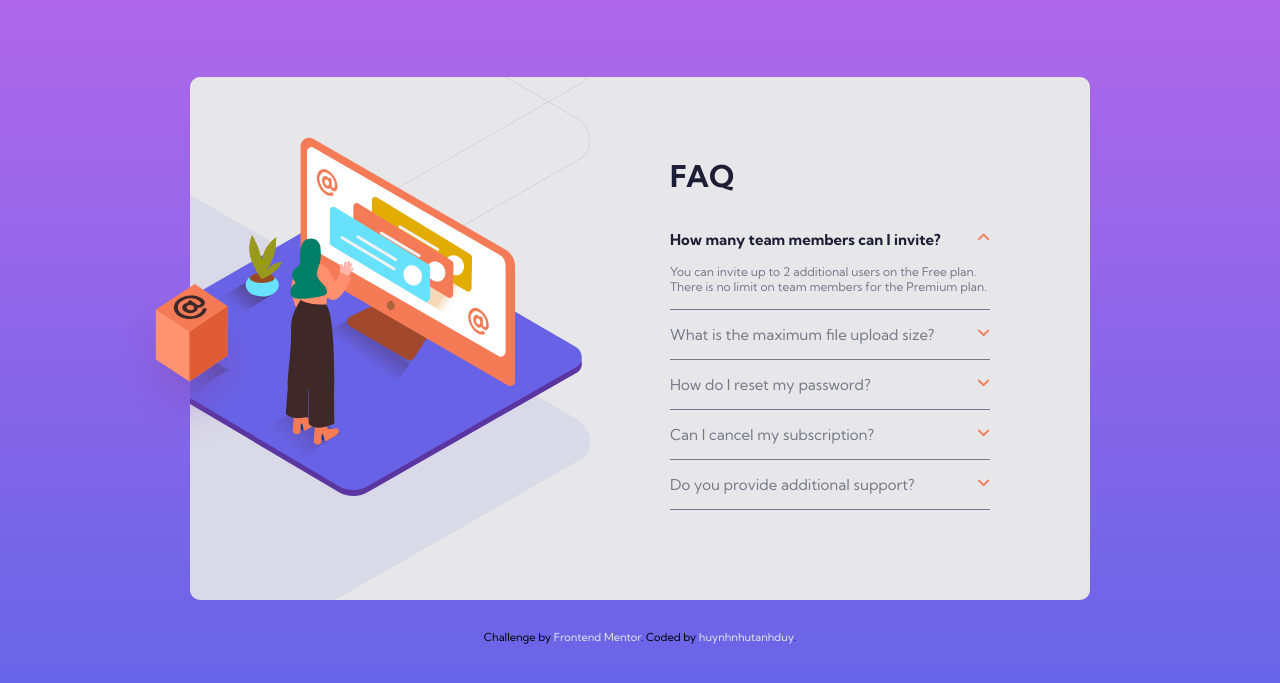
Repository: huynhnhutanhduy/faq-accordion-card
Page: index.html
The author's editor kept a copy of each file at every save. The page is drawn from the files as they stood at one save, then again after the next save.
The browser window is 1280 px wide. The pictures show the whole page.
After loading, the first visible `div.card-item__header` was clicked once.

Above is the page before, as saved 2022-10-21 23:34:11.

### index.html
<!DOCTYPE html>
<html lang="en">
  <head>
    <meta charset="UTF-8" />
    <meta name="viewport" content="width=device-width, initial-scale=1.0" />
    <!-- displays site properly based on user's device -->
    <link rel="icon" type="image/png" sizes="32x32" href="./images/favicon-32x32.png" />
    <title>Frontend Mentor | FAQ Accordion Card</title>
    <link rel="preconnect" href="https://fonts.googleapis.com" />
    <link rel="preconnect" href="https://fonts.gstatic.com" crossorigin />
    <link
      href="https://fonts.googleapis.com/css2?family=Kumbh+Sans:wght@400;700&display=swap"
      rel="stylesheet"
    />
    <link
      rel="stylesheet"
      href="https://cdnjs.cloudflare.com/ajax/libs/font-awesome/6.2.0/css/all.min.css"
      integrity="sha512-xh6O/CkQoPOWDdYTDqeRdPCVd1SpvCA9XXcUnZS2FmJNp1coAFzvtCN9BmamE+4aHK8yyUHUSCcJHgXloTyT2A=="
      crossorigin="anonymous"
      referrerpolicy="no-referrer"
    />
    <link rel="stylesheet" href="./app.css" />
  </head>
  <body>
    <main>
      <article class="card">
        <div class="card-left">
          <img src="./images/illustration-box-desktop.svg" alt="" class="card-image" />
          <!-- <img src="./images/bg-pattern-mobile.svg" alt="" class="card-image" /> -->
        </div>
        <div class="card-right">
          <h1 class="card-title">faq</h1>
          <div class="card-list">
            <div class="card-item">
              <div class="card-item__header">
                <span class="card-item__header-title"
                  >How many team members can I invite?
                </span>
                <i class="fa-solid fa-angle-down card-item__header-icon"></i>
              </div>
              <div class="card-item__content">
                <div class="card-item__content-inner">
                  You can invite up to 2 additional users on the Free plan. There is no limit
                  on team members for the Premium plan.
                </div>
              </div>
            </div>
            <div class="card-item">
              <div class="card-item__header">
                <span class="card-item__header-title"
                  >What is the maximum file upload size?
                </span>
                <i class="fa-solid fa-angle-down card-item__header-icon"></i>
              </div>
              <div class="card-item__content">
                <div class="card-item__content-inner">
                  No more than 2GB. All files in your account must fit your allotted storage
                  space.
                </div>
              </div>
            </div>
            <div class="card-item">
              <div class="card-item__header">
                <span class="card-item__header-title">How do I reset my password? </span>
                <i class="fa-solid fa-angle-down card-item__header-icon"></i>
              </div>
              <div class="card-item__content">
                <div class="card-item__content-inner">
                  Click “Forgot password” from the login page or “Change password” from your
                  profile page. A reset link will be emailed to you.
                </div>
              </div>
            </div>
            <div class="card-item">
              <div class="card-item__header">
                <span class="card-item__header-title">Can I cancel my subscription? </span>
                <i class="fa-solid fa-angle-down card-item__header-icon"></i>
              </div>
              <div class="card-item__content">
                <div class="card-item__content-inner">
                  Yes! Send us a message and we’ll process your request no questions asked.
                </div>
              </div>
            </div>
            <div class="card-item">
              <div class="card-item__header">
                <span class="card-item__header-title"
                  >Do you provide additional support?
                </span>
                <i class="fa-solid fa-angle-down card-item__header-icon"></i>
              </div>
              <div class="card-item__content">
                <div class="card-item__content-inner">
                  Chat and email support is available 24/7. Phone lines are open during normal
                  business hours.
                </div>
              </div>
            </div>
          </div>
        </div>
      </article>
    </main>
    <footer class="attribution">
      Challenge by
      <a href="https://www.frontendmentor.io?ref=challenge" target="_blank">Frontend Mentor</a
      >. Coded by <a href="https://github.com/huynhnhutanhduy">huynhnhutanhduy</a>.
    </footer>

    <script src="./app.js"></script>
  </body>
</html>

### app.css
:root {
  --very-dark-desaturated-blue: hsl(238, 29%, 16%);
  --soft-red: hsl(14, 88%, 65%);
  --soft-violet: hsl(273, 75%, 66%);
  --soft-blue: hsl(240, 73%, 65%);
  --very-dark-grayish-blue: hsl(237, 12%, 33%);
  --dark-grayish-blue: hsl(240, 6%, 50%);
  --light-grayish-blue: hsl(240, 5%, 91%);
}
* {
  margin: 0;
  padding: 0;
  border: 0;
}
*,
*::before,
*::after,
html {
  box-sizing: border-box;
}
html {
  font-size: 62.5%;
}
body {
  font-size: 1.2rem;
  font-weight: normal;
  font-family: "Kumbh Sans", sans-serif;
  background-image: linear-gradient(var(--soft-violet), var(--soft-blue));
  display: flex;
  justify-content: center;
  align-items: center;
  flex-direction: column;
  min-height: 100vh;
}
a {
  text-decoration: none;
}
img {
  display: block;
  max-width: 100%;
}

.attribution {
  font-size: 11px;
  text-align: center;
}
.attribution a {
  color: var(--light-grayish-blue);
}

.card {
  border-radius: 1rem;
  margin-bottom: 3rem;
  /* width: 90rem; */
  width: 100%;
  display: grid;
  grid-template-columns: 400px 1fr;
  grid-gap: 8rem;
  background-color: var(--light-grayish-blue);
}
.card-left {
  position: relative;
}
.card-left::before {
  content: "";
  display: block;
  position: absolute;
  height: 100%;
  width: 100%;
  background: url("./images/bg-pattern-desktop.svg") no-repeat;
  background-position: -565px -310px;
}
.card-image {
  position: absolute;
  width: 153px;
  height: 170px;
  top: 205px;
  left: -75px;
  z-index: 999;
}
.card-left::after {
  content: "";
  display: block;
  width: 100%;
  height: 100%;
  position: absolute;
  background: url("./images/illustration-woman-online-desktop.svg") no-repeat;
  background-position: -80px 60px;
}
.card-right {
  padding: 8rem 10rem 9rem 0;
}
.card-title {
  text-transform: uppercase;
  margin-bottom: 2rem;
  font-size: 3rem;
  color: var(--very-dark-desaturated-blue);
}
.card-item {
  padding-top: 1.5rem;
  border-bottom: 1px solid var(--dark-grayish-blue);
}
.card-item__header {
  display: flex;
  justify-content: space-between;
  font-size: 1.5rem;
  padding-bottom: 1.5rem;
  cursor: pointer;
  transition: all 0.25s linear;
}
.card-item__header > * {
  pointer-events: none;
}
.card-item__header,
.card-item__content {
  color: var(--dark-grayish-blue);
}
.card-item__header-icon {
  color: var(--soft-red);
}
.card-item__content {
  height: 0;
  overflow: hidden;
  transition: all 0.25s linear;
}
.card-item__content.is-active {
  height: auto;
}
.card-item__content-inner {
  margin-bottom: 1.5rem;
}
@media screen and (min-width: 1024px) {
  .card {
    width: 90rem;
  }
}
@media screen and (min-width: 768px) {
}
@media screen and (max-width: 767px) {
  .card {
    width: 30rem;
    display: block;
  }
  .card-left::before {
    content: "";
    background: url("./images/bg-pattern-mobile.svg") no-repeat;
  }
}

### app.js
const header = document.querySelectorAll(".card-item__header");
[...header].forEach((item) => item.addEventListener("click", handleClick));
function handleClick(e) {
  const content = e.target.nextElementSibling;
  content.style.height = `${content.scrollHeight}px`;
  e.target.style.color = "hsl(238, 29%, 16%)";
  e.target.style.fontWeight = "bold";
  content.classList.toggle("is-active");
  if (!content.classList.contains("is-active")) {
    content.style.height = "0px";
    e.target.style.color = "hsl(240, 6%, 50%)";
    e.target.style.fontWeight = "normal";
  }

  e.target.lastElementChild.classList.toggle("fa-angle-down");
  e.target.lastElementChild.classList.toggle("fa-angle-up");
}

After the next save:
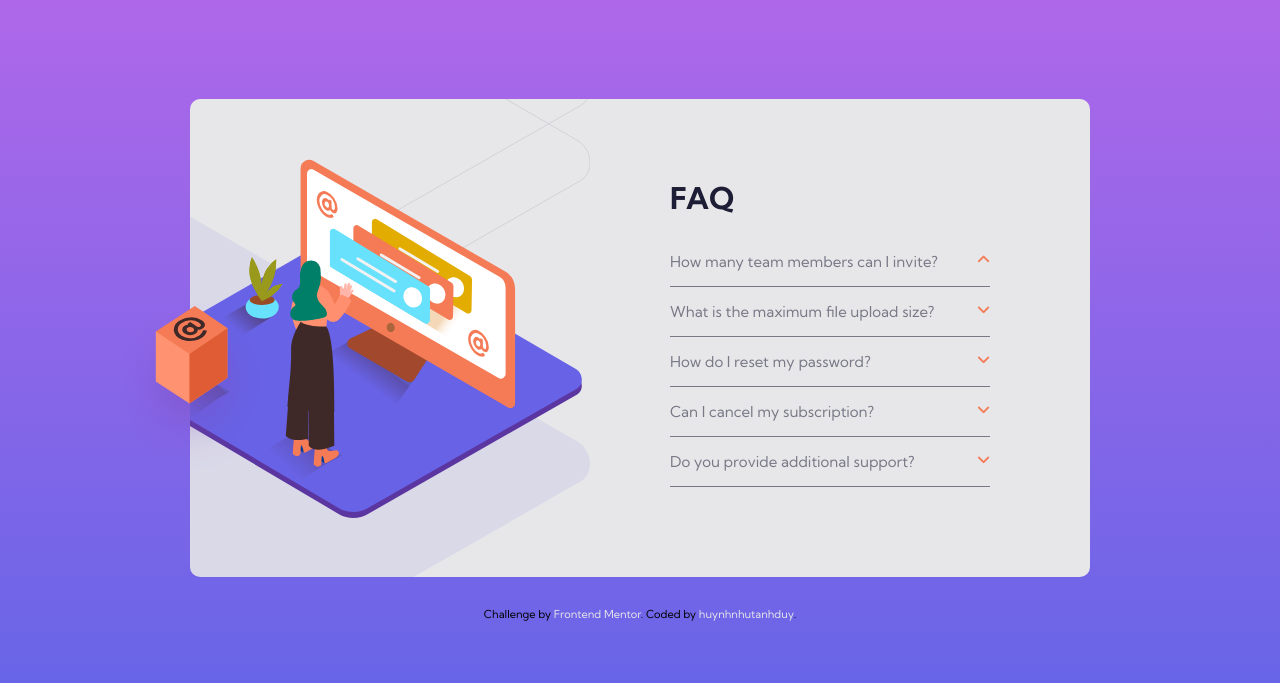
Saved 9 h 35 min later.
--- a/app.js
+++ b/app.js
@@ -5,7 +5,11 @@
   content.style.height = `${content.scrollHeight}px`;
   e.target.style.color = "hsl(238, 29%, 16%)";
   e.target.style.fontWeight = "bold";
-  content.classList.toggle("is-active");
+  // content.classList.toggle("is-active");
+  if (content.classList.contains("is-active")) content.classList.add("is-active");
+  else {
+    content.classList.remove("is-active");
+  }
   if (!content.classList.contains("is-active")) {
     content.style.height = "0px";
     e.target.style.color = "hsl(240, 6%, 50%)";

After the 2 saves that followed:
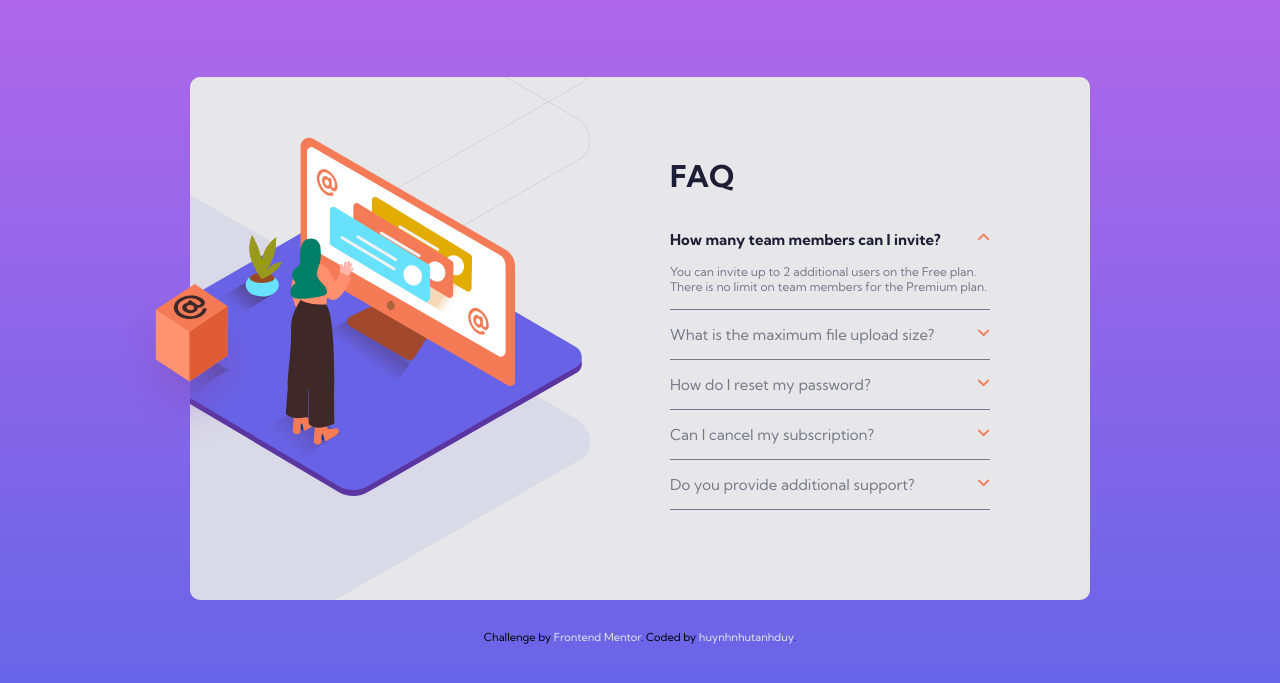
The 2 saves are shown as one change because they came seconds apart.
The last was saved 14 s later.
--- a/app.js
+++ b/app.js
@@ -5,11 +5,7 @@
   content.style.height = `${content.scrollHeight}px`;
   e.target.style.color = "hsl(238, 29%, 16%)";
   e.target.style.fontWeight = "bold";
-  // content.classList.toggle("is-active");
-  if (content.classList.contains("is-active")) content.classList.add("is-active");
-  else {
-    content.classList.remove("is-active");
-  }
+  content.classList.toggle("is-active");
   if (!content.classList.contains("is-active")) {
     content.style.height = "0px";
     e.target.style.color = "hsl(240, 6%, 50%)";
